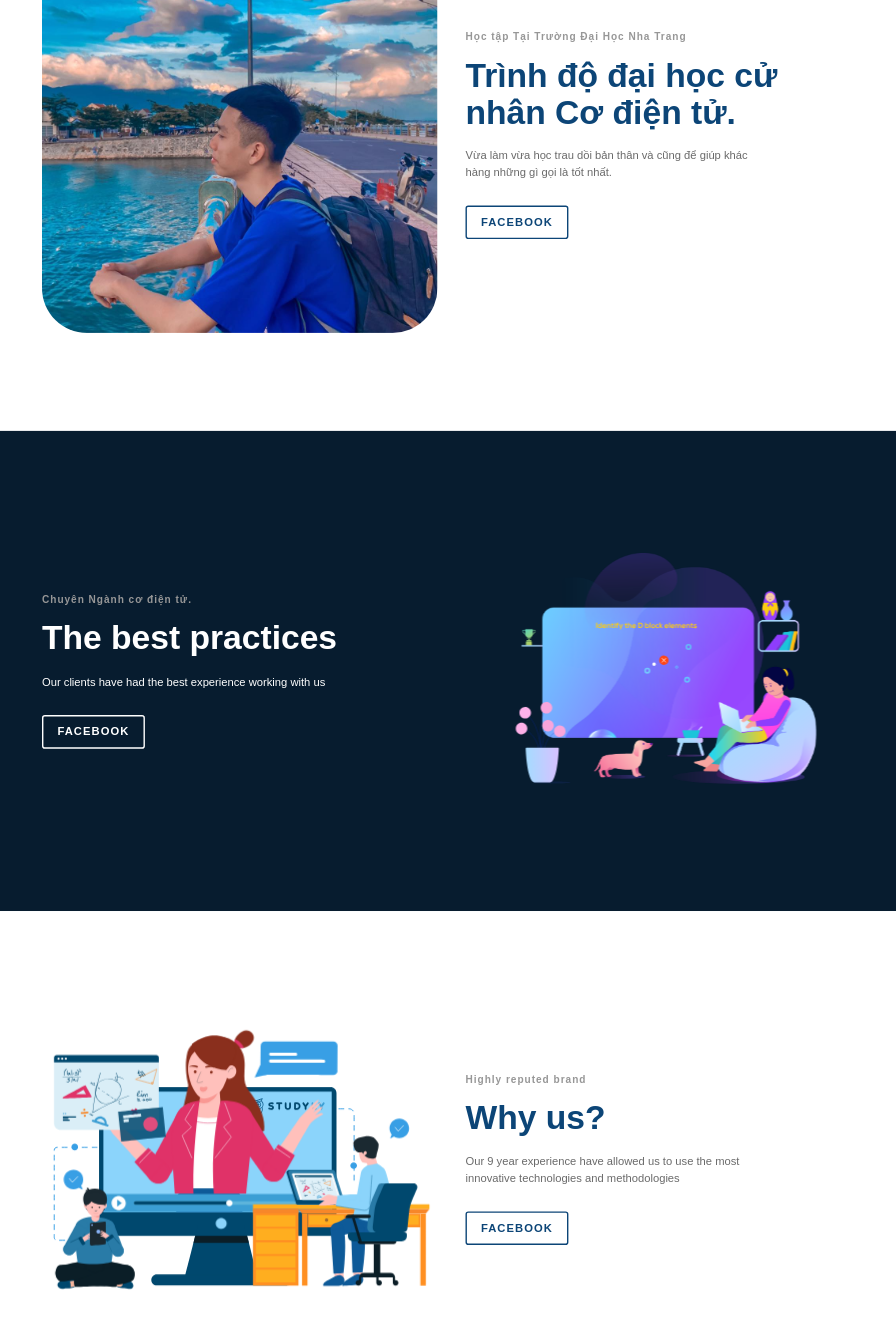
Repository: fdhhhdjd/Profile-Gift-B_H_Q_Trung
Page: /
An editor plug-in stored every save of this project. The page is shown before and after the next save, followed by the edit.
The browser window is 1280 px wide. The pictures show the part of the page from y = 1881 to 3801 px (the page is 4257 px tall), at 70% of full size.
The project was rebuilt for these pictures with package versions that can differ from the ones it lists, and the page was loaded fresh each time. Also part of the build but not shown: src/Styles/PricingStyles.js, src/Data/PricingData.js, src/Pages/PricingPage.js. Imported but missing from the stored project, and not drawn on this page: src/Pages/SignUpPage.

Above is the page before, as saved 2021-10-29 11:30:53.

After the next save:
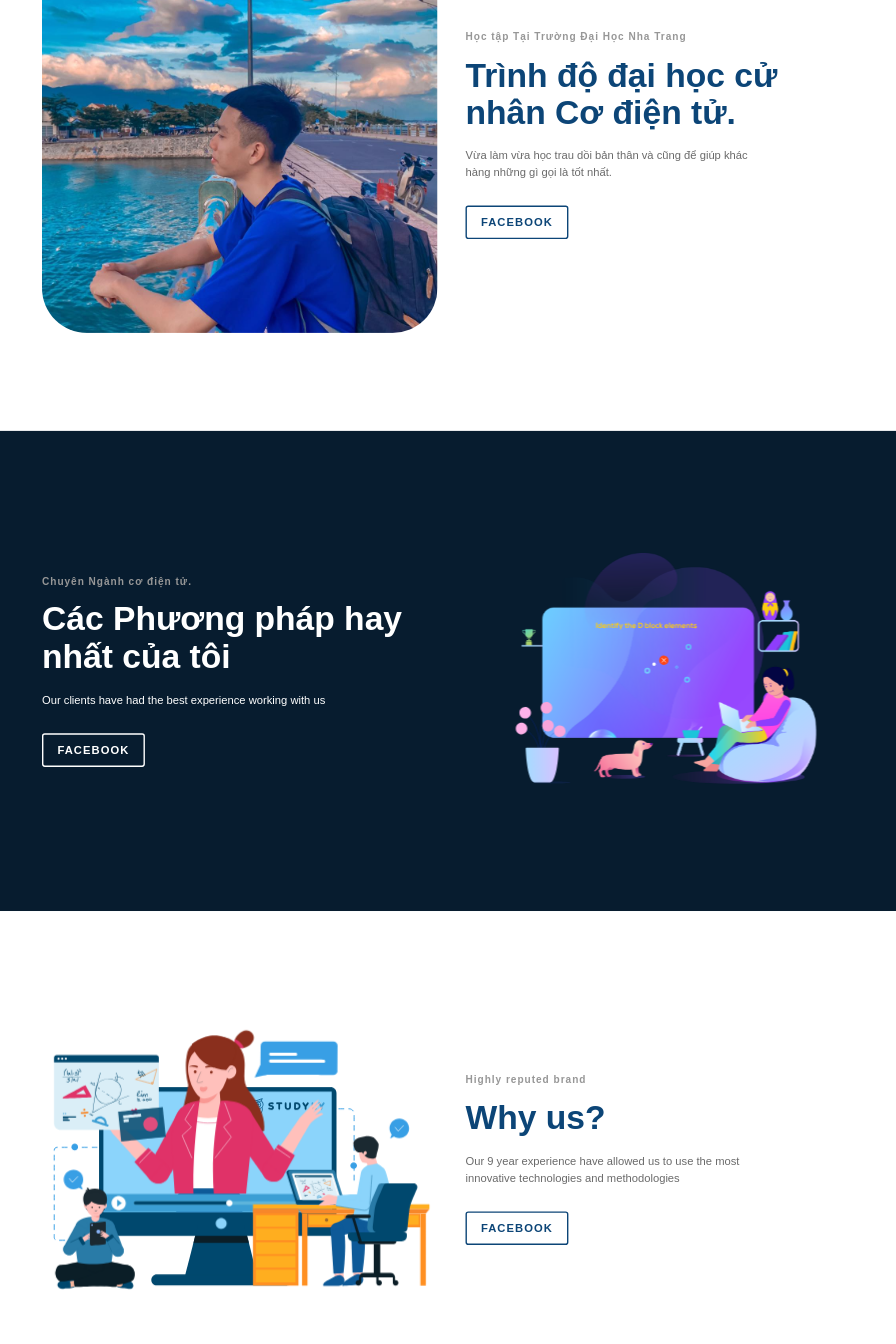
Saved 25 s later.
--- a/src/Data/HeroData.js
+++ b/src/Data/HeroData.js
@@ -41,7 +41,7 @@ export const heroTwo = {
   topLine: {
     text: "Chuyên Ngành cơ điện tử.",
   },
-  headline: "The best practices",
+  headline: "Các Phương pháp hay nhất của tôi",
   description: "Our clients have had the best experience working with us",
   buttonLabel: "Facebook",
   buttonLabelEmail: "Email",
